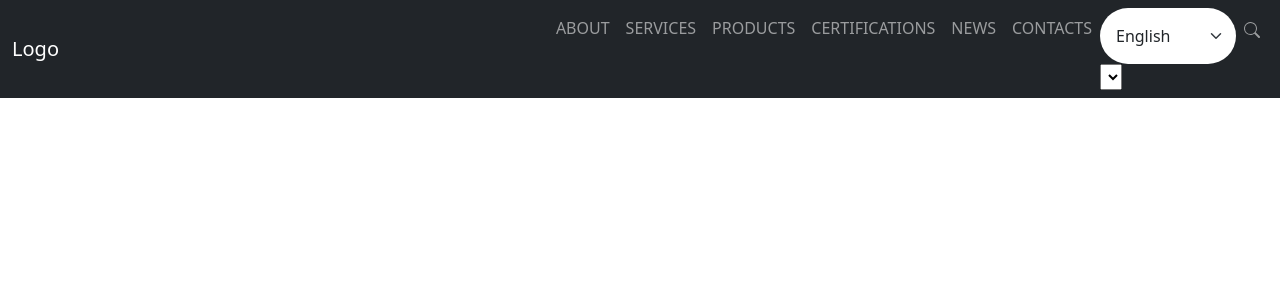
Repository: nourHellani/Buckler
Page: index.html
These files come from the project's save history. The page is drawn as it stood at one moment and after a run of saves; the edit follows.
The browser window is 1280 px wide. The pictures show the whole page.

Above is the page before, as saved 2023-02-13 11:31:48.

### index.html
<!DOCTYPE html>
<html lang="en">
<head>
    <meta charset="UTF-8">
    <meta http-equiv="X-UA-Compatible" content="IE=edge">
    <meta name="viewport" content="width=device-width, initial-scale=1.0">
    <link href="https://cdn.jsdelivr.net/npm/bootstrap@5.2.3/dist/css/bootstrap.min.css" rel="stylesheet">
    <script src="https://cdn.jsdelivr.net/npm/bootstrap@5.2.3/dist/js/bootstrap.bundle.min.js"></script>

    <title>Buckler</title>
</head>
<body>

    <nav class="navbar navbar-expand-sm navbar-dark bg-dark">
        <div class="container-fluid">
          <a class="navbar-brand" href="javascript:void(0)">Logo</a>
          <button class="navbar-toggler" type="button" data-bs-toggle="collapse" data-bs-target="#mynavbar">
            <span class="navbar-toggler-icon"></span>
          </button>

            <form class="d-flex">
                <div class="collapse navbar-collapse" id="mynavbar">
                    <ul class="navbar-nav me-auto">
                      <li class="nav-item">
                        <a class="nav-link" href="javascript:void(0)">ABOUT</a>
                      </li>
                      <li class="nav-item">
                        <a class="nav-link" href="javascript:void(0)">SERVICES</a>
                      </li>
                      <li class="nav-item">
                        <a class="nav-link" href="javascript:void(0)">PRODUCTS</a>
                      </li>
                      <li class="nav-item">
                        <a class="nav-link" href="javascript:void(0)">CERTIFICATIONS</a>
                      </li>
                      <li class="nav-item">
                        <a class="nav-link" href="javascript:void(0)">NEWS</a>
                      </li>
                      <li class="nav-item">
                        <a class="nav-link" href="javascript:void(0)">CONTACTS</a>
                      </li>
                      <li class="nav-item ">
                        <select class="form-select rounded-pill border-0  w-100 p-3 pe-5" aria-label="Default select example">
                            <option selected>English</option>
                            <option value="1">Daytime.</option>
                            <option value="2">Daytime..</option>
                            </select>
                        <select >

                          </select>
                      </li>
                      <li class="nav-item">
                        <a class="nav-link" href="javascript:void(0)"><svg xmlns="http://www.w3.org/2000/svg" width="16" height="16" fill="currentColor" class="bi bi-search" viewBox="0 0 16 16">
                            <path d="M11.742 10.344a6.5 6.5 0 1 0-1.397 1.398h-.001c.03.04.062.078.098.115l3.85 3.85a1 1 0 0 0 1.415-1.414l-3.85-3.85a1.007 1.007 0 0 0-.115-.1zM12 6.5a5.5 5.5 0 1 1-11 0 5.5 5.5 0 0 1 11 0z"/>
                          </svg></a>
                      </li>

                    </ul>
            </form>
          </div>
        </div>
      </nav>

</body>
</html>

After the next 2 saves:
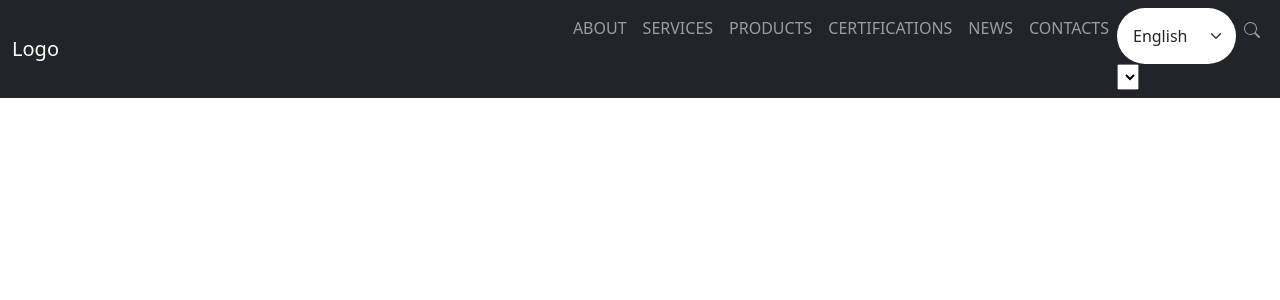
The 2 saves are shown as one change because they came seconds apart.
The last was saved 10 s later.
--- a/index.html
+++ b/index.html
@@ -42,8 +42,7 @@
                       <li class="nav-item ">
                         <select class="form-select rounded-pill border-0  w-100 p-3 pe-5" aria-label="Default select example">
                             <option selected>English</option>
-                            <option value="1">Daytime.</option>
-                            <option value="2">Daytime..</option>
+                            <option value="1">Arabic</option>
                             </select>
                         <select >
 
